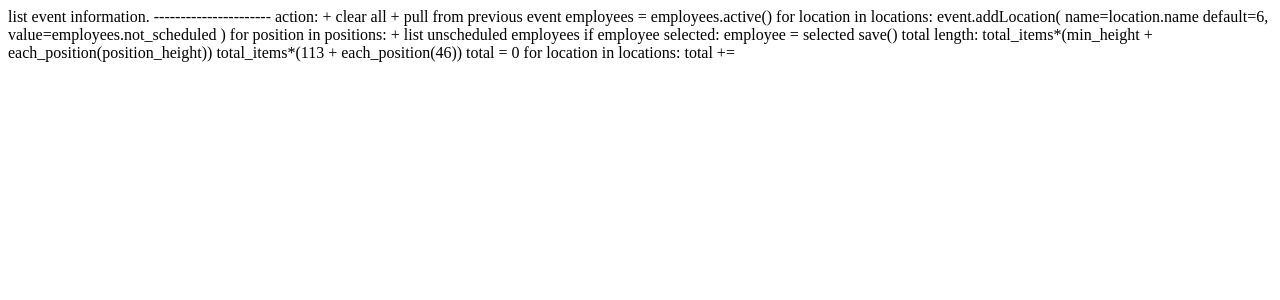
Repository: matthewrr/Employee-Scheduling-App
Page: outline.html
The author's editor kept a record of every edit. The page is drawn from the files as they stood at one moment, then again after the next edit.
The browser window is 1280 px wide. The pictures show the whole page.

Above is the page before.

After the next edit:
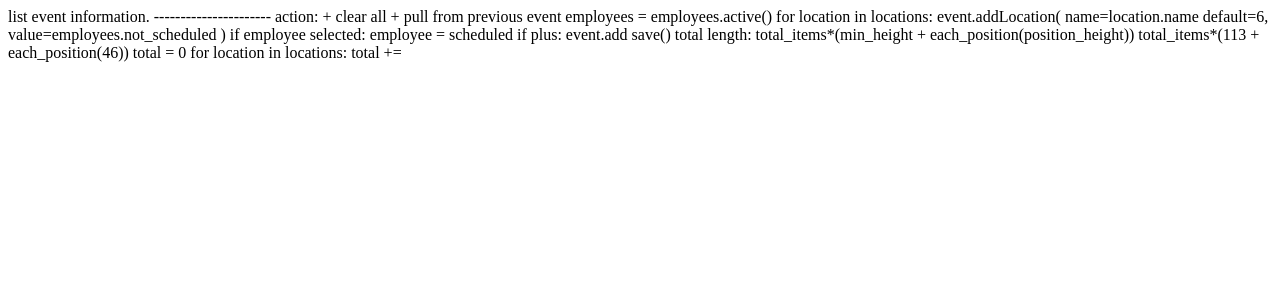
The edit:
--- a/outline.html
+++ b/outline.html
@@ -13,11 +13,10 @@
         value=employees.not_scheduled
         )
 
-    for position in positions:
-        + list unscheduled employees
-
 if employee selected:
-    employee = selected
+    employee = scheduled
+if plus:
+    event.add
 
 save()
 
